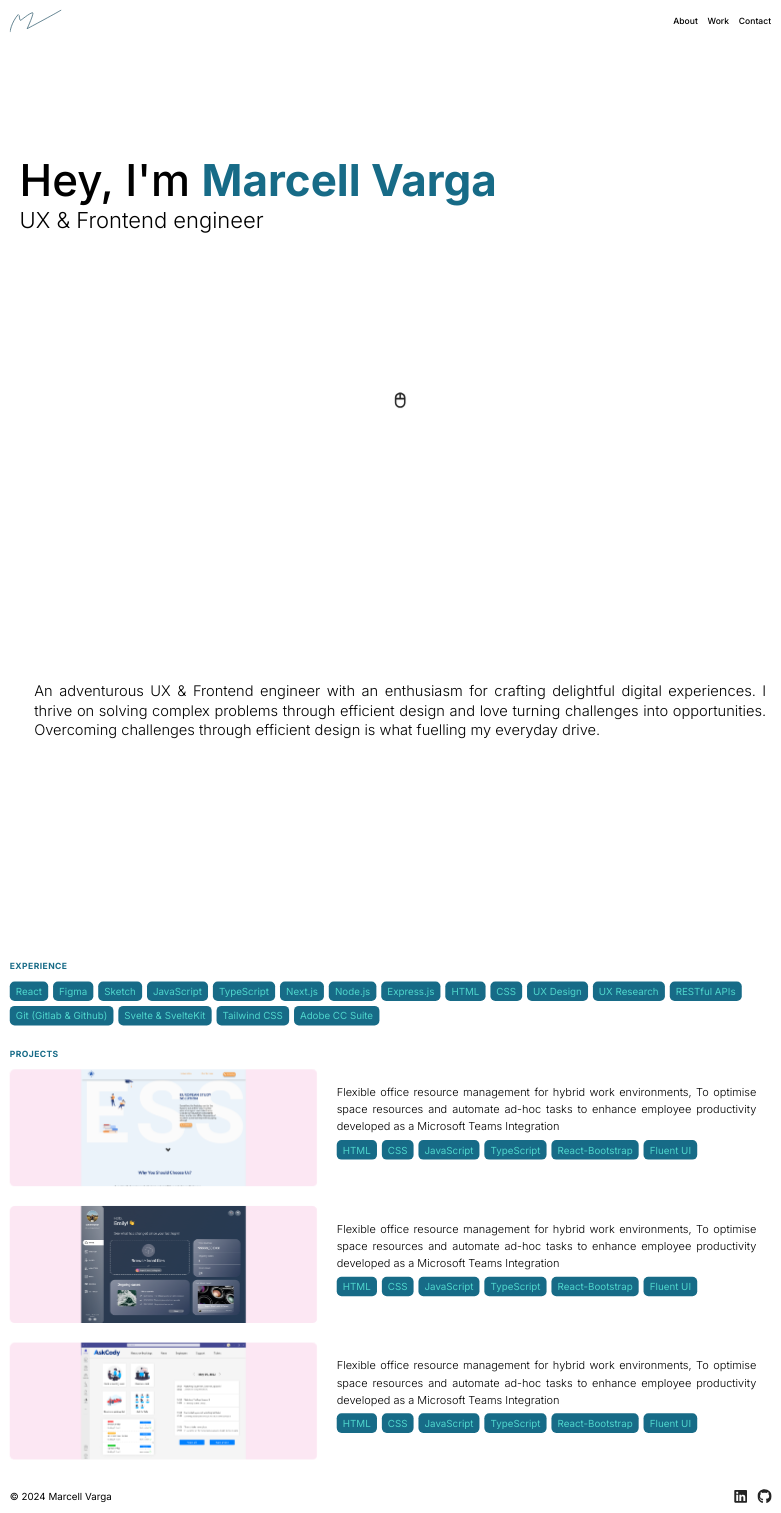
Repository: TheMarcellVarga/personal-portfolio-v.2
Page: /
An editor plug-in stored every save of this project. The page is shown before and after the next save, followed by the edit.
The browser window is 1280 px wide. The pictures show the whole page, at 61% of full size.
The project was rebuilt for these pictures with package versions that can differ from the ones it lists, and the page was loaded fresh each time. The framework's server and built-in components were replaced by stand-ins that run in the browser. Also part of the build but not shown: next.config.mjs.

Above is the page before, as saved 2024-04-25 01:00:38.

After the next save:
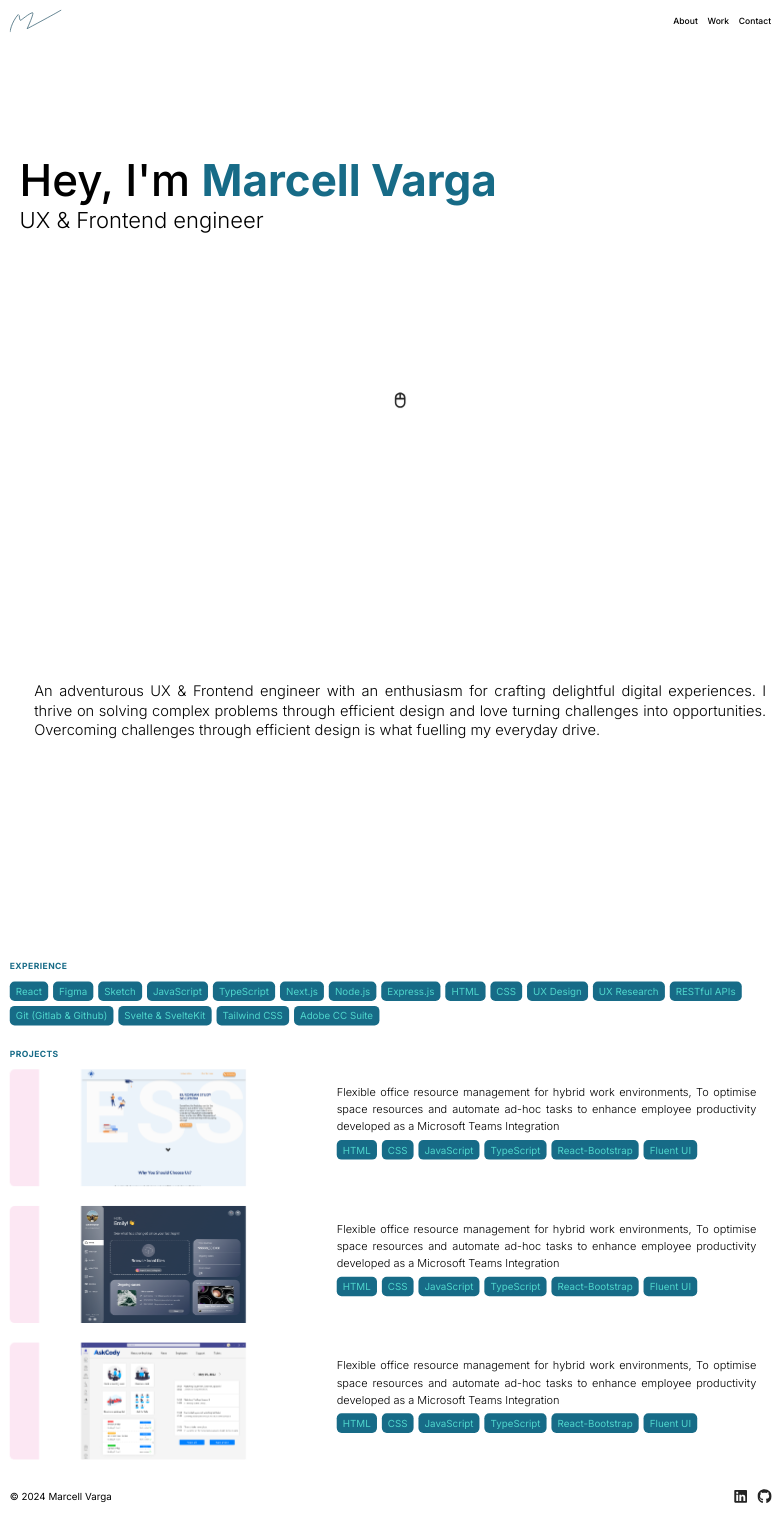
Saved 8 s later.
--- a/app/page.tsx
+++ b/app/page.tsx
@@ -240,7 +240,7 @@
             {projects.map((project) => (
               <div key={project.title} className="flex gap-2">
                 <div className="w-full h-full relative rounded-lg overflow-hidden y-5">
-                  <div className="bg-pink-100 h-48">
+                  <div className="bg-pink-100 w-12 h-48">
                     <Image
                       src={project.image} // Use the image path from the project object
                       alt={project.title} // Use the project title as the alt text

After the save that followed:
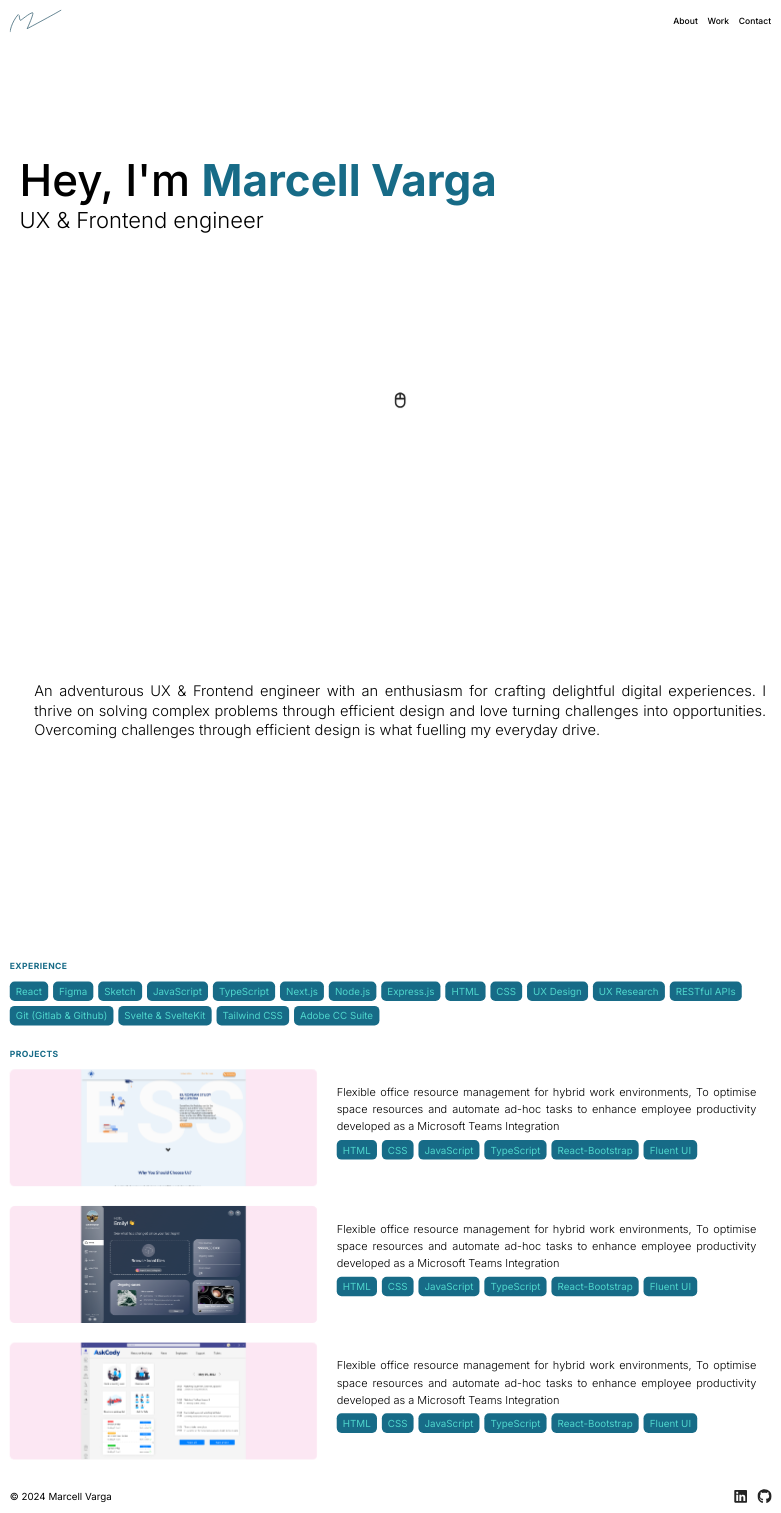
Saved 4 s later.
--- a/app/page.tsx
+++ b/app/page.tsx
@@ -240,7 +240,7 @@
             {projects.map((project) => (
               <div key={project.title} className="flex gap-2">
                 <div className="w-full h-full relative rounded-lg overflow-hidden y-5">
-                  <div className="bg-pink-100 w-12 h-48">
+                  <div className="bg-pink-100 w-full h-48">
                     <Image
                       src={project.image} // Use the image path from the project object
                       alt={project.title} // Use the project title as the alt text
